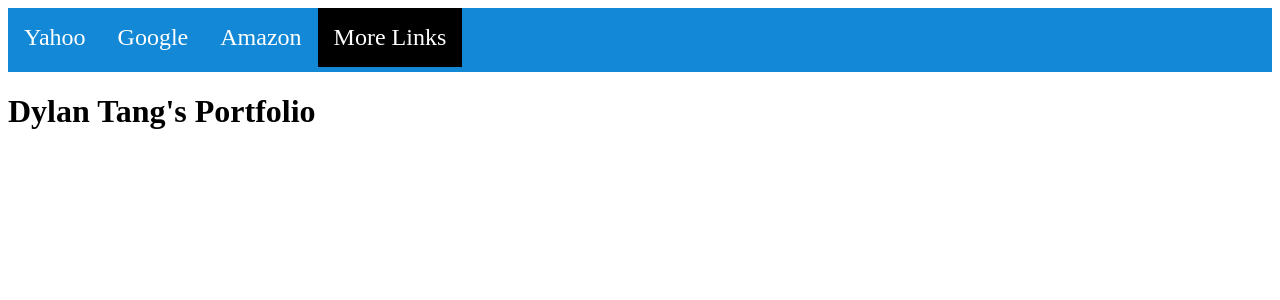
Repository: TangDylan/TangDylan.github.io
Page: index.html
The author's editor kept a record of every edit. The page is drawn from the files as they stood at one moment, then again after the next edit.
The browser window is 1280 px wide. The pictures show the whole page.

Above is the page before.

After the next edit:
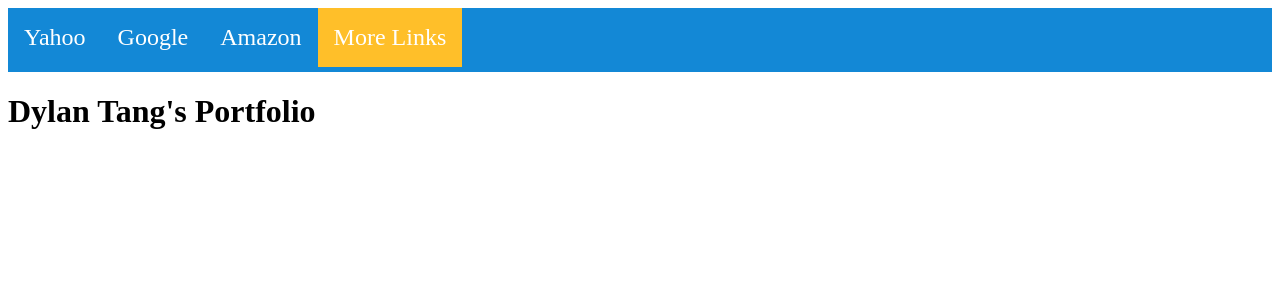
The edit:
--- a/index.html
+++ b/index.html
@@ -33,7 +33,7 @@
         display:none;
       }
      .dropdown {
-         background-color:black;
+         background-color:#ffbf29;
          color:white;
          float:left;
          text-decoration:none;
